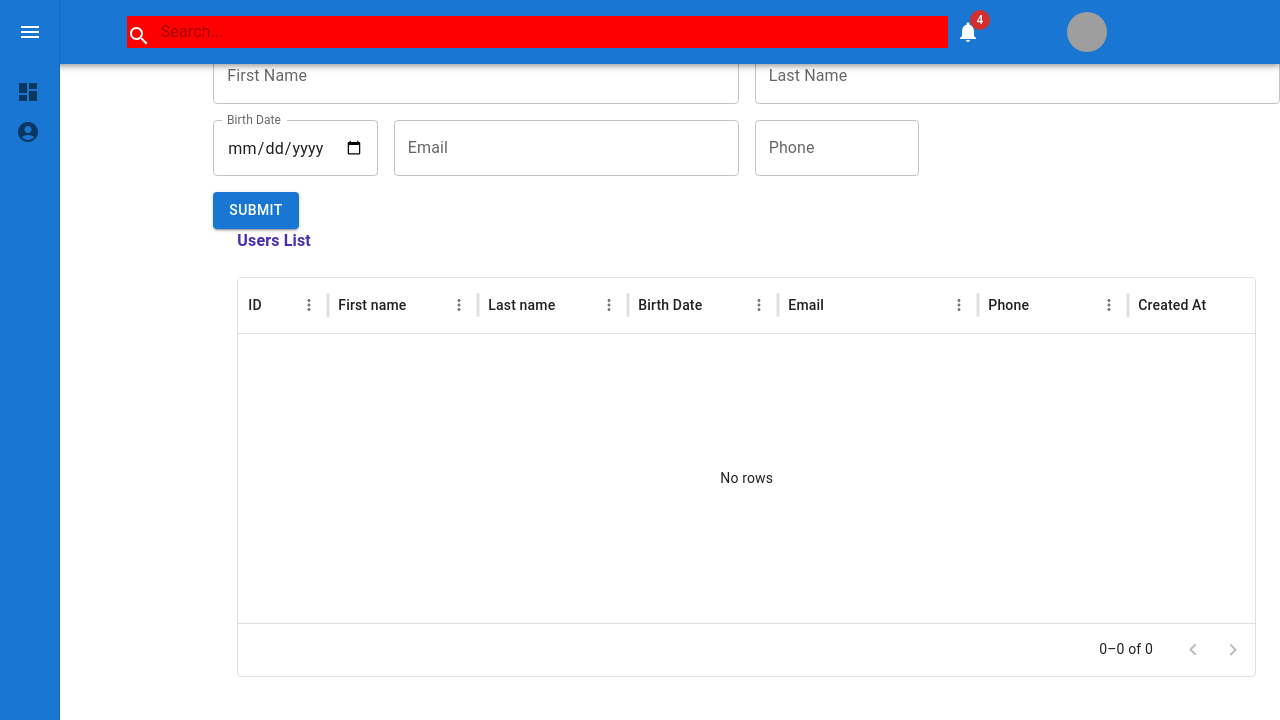
Repository: lenx0/front-client-manager
Page: /
The author's editor kept a copy of each file at every save. The page is drawn from the files as they stood at one save, then again after the next save.
The browser window is 1280 px wide. The pictures show the whole page.
Pictures or frames that could not be fetched are drawn as grey boxes. The page's requests for data from a server got no answer. The project was rebuilt for these pictures with package versions that can differ from the ones it lists, and the page was loaded fresh each time. No one was signed in, and anything a server would have sent is missing. Also part of the build but not shown: vite.config.js, src/App.css.

Above is the page before, as saved 2024-06-25 13:17:11.

### index.html
<!doctype html>
<html lang="en">
  <head>
    <meta charset="UTF-8" />
    <meta name="viewport" content="width=device-width, initial-scale=1.0" />
    <title>Client Manager</title>
  </head>
  <body>
    <div id="root"></div>
    <script type="module" src="/src/main.jsx"></script>
  </body>
</html>

### src/App.jsx
import { Box, Grid } from '@mui/material'
import './App.css'
import UserForm from './components/UserForm'
import UserList from './components/UserList'
import Header from './components/Layout/Header'
import Sidebar from './components/Layout/Sidebar'

function App() {

  return (
    <Grid container>
      <Grid item xs={12}>
        <Header />
      </Grid>
      <Grid item xs={2}>
        <Sidebar />
      </Grid>
      <Grid item xs={10}>
        <UserForm />
        <UserList />
      </Grid>
    </Grid>
  )
}

export default App

### src/components/UserForm.jsx
import React from 'react';
import { useForm } from 'react-hook-form';
import CustomInput from './CustomInput';
import { Button, Grid, Typography } from '@mui/material';
import axios from 'axios';

const UserForm = () => {
  const { handleSubmit, control, reset } = useForm();

  const onSubmit = async (data) => {
    try {
      const response = await axios.post('http://localhost:3100/v1/users/create', data);
      console.log('Dados enviados com sucesso:', response.data);
      reset();
    } catch (error) {
      console.error('Erro ao enviar dados:', error);
    }
  };

  return (
    <Grid container direction="column" xs={12}>
      <Typography fontWeight={700} pb={3} color="#492cb3">
        General Details
      </Typography>
      <form onSubmit={handleSubmit(onSubmit)}>
        <Grid container spacing={2}>
          <Grid item xs={6}>
            <CustomInput
              name="firstName"
              control={control}
              label="First Name"
              rules={{ required: 'First name is required' }}
            />
          </Grid>
          <Grid item xs={6}>
            <CustomInput
              name="lastName"
              control={control}
              label="Last Name"
              rules={{ required: 'Last name is required' }}
            />
          </Grid>
          <Grid item xs={2}>
            <CustomInput
              name="birthDate"
              control={control}
              label="Birth Date"
              placeHolder="none"
              type="date"
              rules={{ required: 'Birth date is required' }}
              defaultValue=""
            />
          </Grid>
          <Grid item xs={4}>
            <CustomInput
              name="email"
              control={control}
              label="Email"
              type="email"
              rules={{
                required: 'Email is required',
                pattern: {
                  value: /^[a-zA-Z0-9_.+-]+@[a-zA-Z0-9-]+\.[a-zA-Z0-9-.]+$/,
                  message: 'Enter a valid email address',
                },
              }}
            />
          </Grid>
          <Grid item xs={2}>
            <CustomInput
              name="phone"
              control={control}
              label="Phone"
              rules={{ required: 'Phone number is required' }}
            />
          </Grid>
          <Grid item xs={12}>
            <Button type="submit" variant="contained" color="primary">
              Submit
            </Button>
          </Grid>
        </Grid>
      </form>
    </Grid>
  );
};

export default UserForm;

### src/components/UserList/index.jsx
import React, { useState, useEffect } from 'react';
import { DataGrid } from '@mui/x-data-grid';
import axios from 'axios';
import { Box, Container, Typography } from '@mui/material';

const UserList = () => {
  const [users, setUsers] = useState([]);
  const [loading, setLoading] = useState(true);

  useEffect(() => {
    const fetchUsers = async () => {
      try {
        const response = await axios.get('http://localhost:3100/v1/users/list');
        setUsers(response.data);
        setLoading(false);
      } catch (error) {
        console.error('Erro ao buscar usuários:', error);
        setLoading(false);
      }
    };

    fetchUsers();
  }, []);

  const columns = [
    { field: 'id', headerName: 'ID', width: 90 },
    { field: 'firstName', headerName: 'First name', width: 150 },
    { field: 'lastName', headerName: 'Last name', width: 150 },
    { field: 'birthDate', headerName: 'Birth Date', width: 150 },
    { field: 'email', headerName: 'Email', width: 200 },
    { field: 'phone', headerName: 'Phone', width: 150 },
    { field: 'moment', headerName: 'Created At', width: 180 },
  ];

  const rows = users.map((user, index) => ({
    id: index + 1,
    ...user,
  }));

  return (
    <Container>
      <Typography fontWeight={700} pb={3} color="#492cb3">Users List</Typography>
      <Box style={{ height: 400, width: '100%' }}>
        <DataGrid
          rows={rows}
          columns={columns}
          pageSize={5}
          rowsPerPageOptions={[5]}
          loading={loading}
          pagination
          paginationMode="client"
          initialState={{
            pagination: {
              paginationModel: { page: 1, pageSize: 5 }
            },
            sorting: {
              sortModel: [{ field: 'orderDate', sort: 'desc' }]
            }
          }}
        />
      </Box>
    </Container>
  );
};

export default UserList;

### src/components/Layout/Header.jsx
import React from 'react';
import { AppBar, Toolbar, InputBase, IconButton, Badge, Avatar, Grid } from '@mui/material';
import { Menu as MenuIcon, Search as SearchIcon, Notifications as NotificationsIcon, AccountCircle as AccountCircleIcon } from '@mui/icons-material';

const Header = () => {
  return (
    <AppBar position="fixed" sx={{ bgcolor: 'primary.main' }}>
      <Toolbar>
        <Grid container alignItems="center">
          <Grid item xs={1}>
            <IconButton
              size="large"
              edge="start"
              color="inherit"
              aria-label="open drawer"
            >
              <MenuIcon />
            </IconButton>
          </Grid>
          <Grid item xs={8} backgroundColor="red">
            <div style={{ display: 'flex', alignItems: 'flex-end' }}>
              <SearchIcon style={{ marginRight: '10px' }} />
              <InputBase
                placeholder="Search..."
                inputProps={{ 'aria-label': 'search' }}
                fullWidth
              />
            </div>
          </Grid>
          <Grid item xs={1}>
            <IconButton color="inherit">
              <Badge badgeContent={4} color="error">
                <NotificationsIcon />
              </Badge>
            </IconButton>
          </Grid>
          <Grid item xs={1}>
            <Avatar alt="User Avatar" src="/avatar.jpg" sx={{ ml: 2 }} />
          </Grid>
        </Grid>
      </Toolbar>
    </AppBar>
  );
};

export default Header;

### src/components/Layout/Sidebar.jsx
import React, { useState } from 'react';
import { Drawer, List, ListItem, ListItemIcon, ListItemText, IconButton } from '@mui/material';
import { Dashboard as DashboardIcon, AccountCircle as AccountCircleIcon, Menu as MenuIcon } from '@mui/icons-material';

const Sidebar = () => {
    const [open, setOpen] = useState(false);

    const toggleDrawer = () => {
        setOpen(!open);
    };

    const handleListItemClick = () => {
        setOpen(true); // Expande o Drawer ao clicar em qualquer item da lista
    };

    return (
        <Drawer
            variant="permanent"
            sx={{
                width: open ? 240 : 60,
                flexShrink: 0,
                '& .MuiDrawer-paper': {
                    width: open ? 240 : 60,
                    boxSizing: 'border-box',
                    transition: 'width 0.3s ease-in-out',
                    bgcolor: 'primary.main',
                    color: 'white',
                },
            }}
        >
            <div style={{ display: 'flex', justifyContent: 'center', alignItems: 'center', height: '64px' }}>
                <IconButton onClick={toggleDrawer} sx={{ color: 'white' }}>
                    <MenuIcon />
                </IconButton>
            </div>
            <List>
                <ListItem button onClick={handleListItemClick}>
                    <ListItemIcon>
                        <DashboardIcon />
                    </ListItemIcon>
                    {open && <ListItemText primary="Dashboard" />}
                </ListItem>
                <ListItem button onClick={handleListItemClick}>
                    <ListItemIcon>
                        <AccountCircleIcon />
                    </ListItemIcon>
                    {open && <ListItemText primary="Profile" />}
                </ListItem>
            </List>
        </Drawer>
    );
};

export default Sidebar;

### src/components/CustomInput.jsx
import React from 'react';
import { Controller } from 'react-hook-form';
import TextField from '@mui/material/TextField';

const CustomInput = ({ name, control, label, type = 'text', rules, defaultValue = '' }) => {
  return (
    <Controller
      name={name}
      control={control}
      defaultValue={defaultValue}
      rules={rules}
      render={({ field, fieldState: { error } }) => (
        <TextField
          {...field}
          label={label}
          type={type}
          error={!!error}
          helperText={error ? error.message : null}
          variant="outlined"
          InputLabelProps={type === 'date' ? { shrink: true } : {}}
          fullWidth
        />
      )}
    />
  );
};

export default CustomInput;

Loaded but not shown: src/main.jsx (common file); src/index.css (common file)

After the next save:
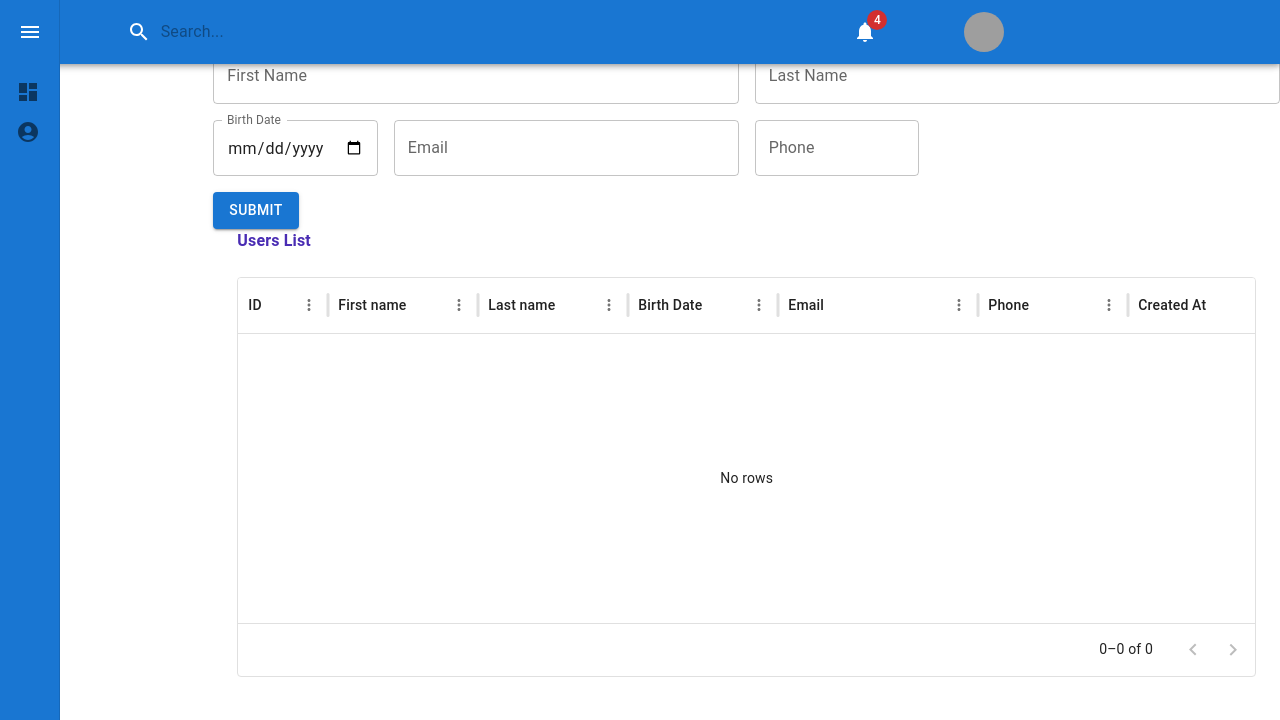
Saved 53 s later.
--- a/src/components/Layout/Header.jsx
+++ b/src/components/Layout/Header.jsx
@@ -17,8 +17,8 @@ const Header = () => {
               <MenuIcon />
             </IconButton>
           </Grid>
-          <Grid item xs={8} backgroundColor="red">
-            <div style={{ display: 'flex', alignItems: 'flex-end' }}>
+          <Grid item xs={7}>
+            <div style={{ display: 'flex', alignItems: 'center' }}>
               <SearchIcon style={{ marginRight: '10px' }} />
               <InputBase
                 placeholder="Search..."
